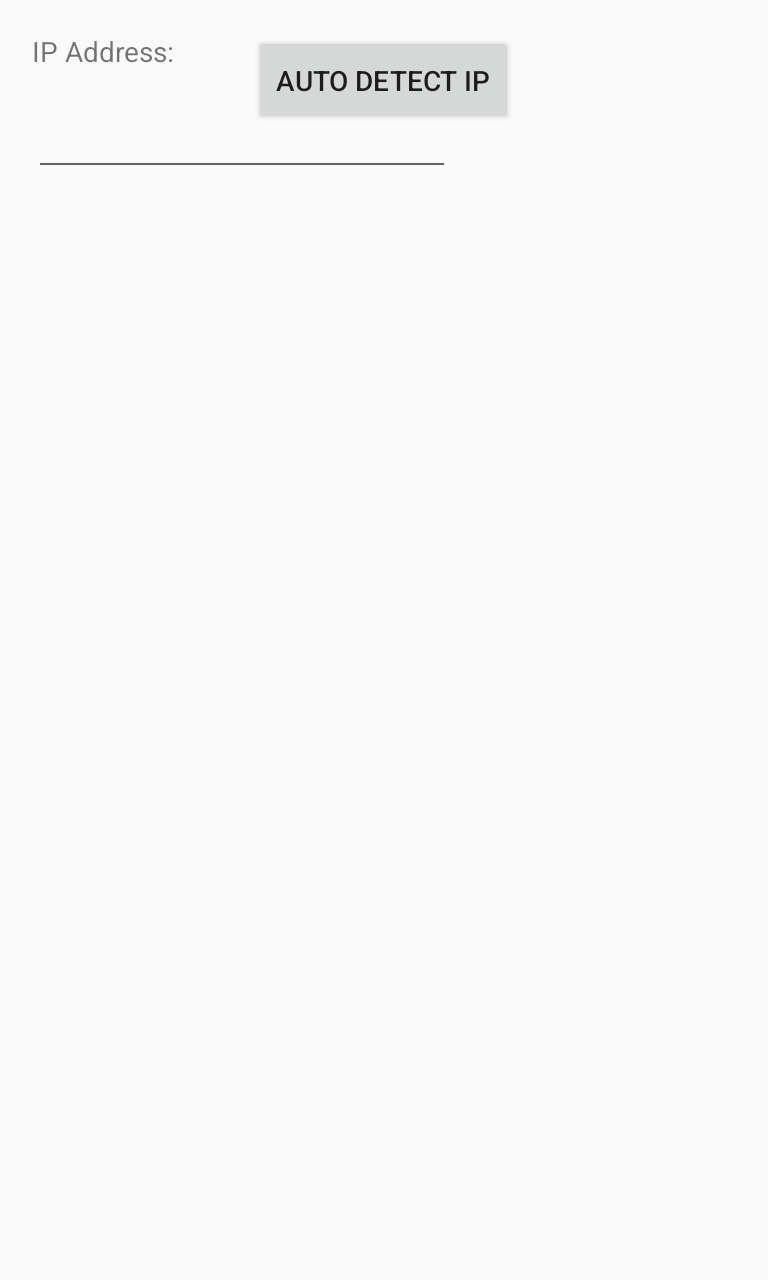
Repository: mariusz-pazur/android
Layout: HomeAtionClient/res/layout/fragment_settings.xml
These files come from the project's save history. The layout is drawn as it stood at one moment and after the next save; the edit follows.
It is drawn on a 768 x 1280 px phone screen (xhdpi) without system bars, with theme AppTheme; the app's code is not run.

Above is the layout before, as saved 2014-06-06 12:02:14.

### HomeAtionClient/res/layout/fragment_settings.xml
<RelativeLayout xmlns:android="http://schemas.android.com/apk/res/android"
    xmlns:tools="http://schemas.android.com/tools"
    android:layout_width="match_parent"
    android:layout_height="match_parent"
    android:paddingBottom="@dimen/activity_vertical_margin"
    android:paddingLeft="@dimen/activity_horizontal_margin"
    android:paddingRight="@dimen/activity_horizontal_margin"
    android:paddingTop="@dimen/activity_vertical_margin"
    tools:context="pl.clawdivine.homeationclient.MainActivity$PlaceholderFragment" >

    <TextView
        android:id="@+id/label_ipaddress"
        android:layout_width="wrap_content"
        android:layout_height="wrap_content"
        android:text="@string/LabelIPAddress" />

    <EditText
        android:id="@+id/editText_ipaddress"
        android:layout_width="wrap_content"
        android:layout_height="wrap_content"
        android:layout_alignLeft="@+id/label_ipaddress"
        android:layout_below="@+id/label_ipaddress"
        android:layout_marginTop="14dp"
        android:ems="10"
        android:inputType="text" >
    </EditText>

    <Button
        android:id="@+id/button_autodetect"
        android:layout_width="wrap_content"
        android:layout_height="wrap_content"
        android:layout_centerHorizontal="true"
        android:text="@string/button_autodetect" />

    <Button
        android:id="@+id/button_savesettings"
        android:layout_width="wrap_content"
        android:layout_height="wrap_content"
        android:layout_above="@+id/button_autodetect"
        android:layout_centerHorizontal="true"
        android:text="@string/button_savesettings" />

</RelativeLayout>

### HomeAtionClient/res/values/strings.xml
<?xml version="1.0" encoding="utf-8"?>
<resources>
    <string name="app_name">HomeAtionClient</string>
    <string name="remote_devices_section">Devices</string>
    <string name="settings_section">Settings</string>
    <string name="LabelIPAddress">IP Address:</string>
    <string name="action_settings">Settings</string>
    <string name="button_autodetect">Auto Detect IP</string>
    <string name="button_savesettings">Save IP</string>
    <string name="label_remotedevices">Your devices:</string>
    <string name="button_refreshdevices">Refresh</string>
</resources>

Loaded but not shown: HomeAtionClient/res/values/styles.xml (common file); HomeAtionClient/res/values-v11/styles.xml (common file); HomeAtionClient/res/values-v14/styles.xml (common file); HomeAtionClient/res/values/dimens.xml (common file); HomeAtionClient/res/values-w820dp/dimens.xml (common file)

After the next save:
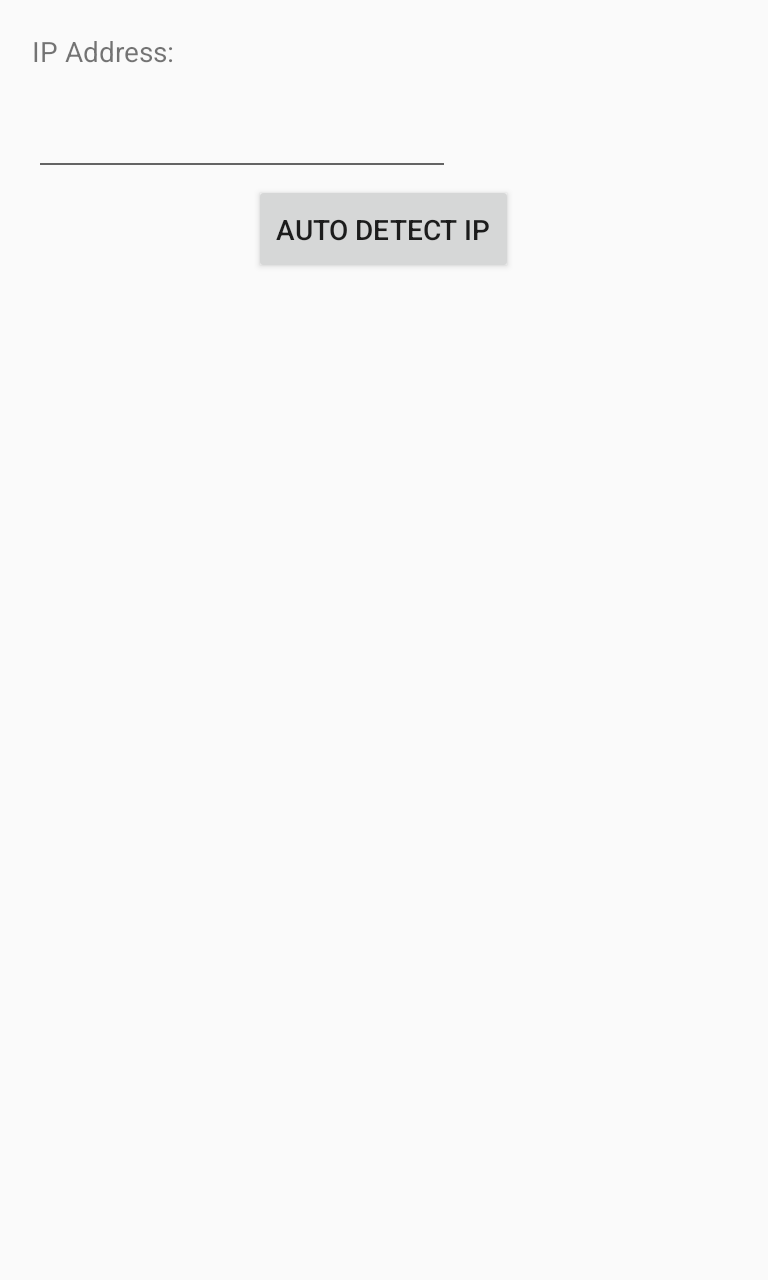
Saved 41 s later.
--- a/HomeAtionClient/res/layout/fragment_settings.xml
+++ b/HomeAtionClient/res/layout/fragment_settings.xml
@@ -30,6 +30,7 @@
         android:layout_width="wrap_content"
         android:layout_height="wrap_content"
         android:layout_centerHorizontal="true"
+        android:layout_below="@+id/editText_ipaddress"
         android:text="@string/button_autodetect" />
 
     <Button
@@ -38,6 +39,7 @@
         android:layout_height="wrap_content"
         android:layout_above="@+id/button_autodetect"
         android:layout_centerHorizontal="true"
+        android:layout_below="@+id/button_autodetect"
         android:text="@string/button_savesettings" />
 
 </RelativeLayout>
